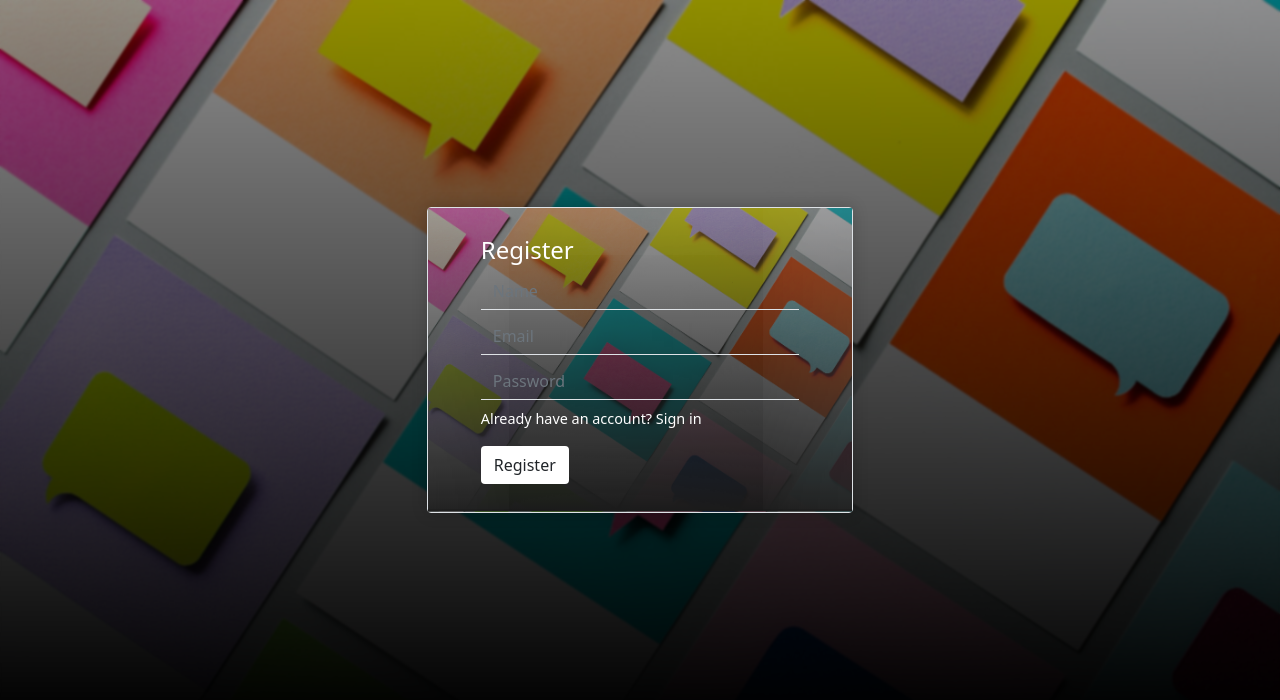
Repository: SaudCh/React-login
Page: /register
These files come from the project's save history. The page is drawn as it stood at one moment and after the next save; the edit follows.
The browser window is 1280 px wide. The pictures show the whole page.
The project was rebuilt for these pictures with package versions that can differ from the ones it lists, and the page was loaded fresh each time. Also part of the build but not shown: src/Components/Login/loginValidation.js, src/Components/Login/Login.jsx, src/Components/Shared/Header.jsx, src/Components/NotFound/NotFound.jsx.

Above is the page before, as saved 2022-02-06 15:31:44.

After the next save:
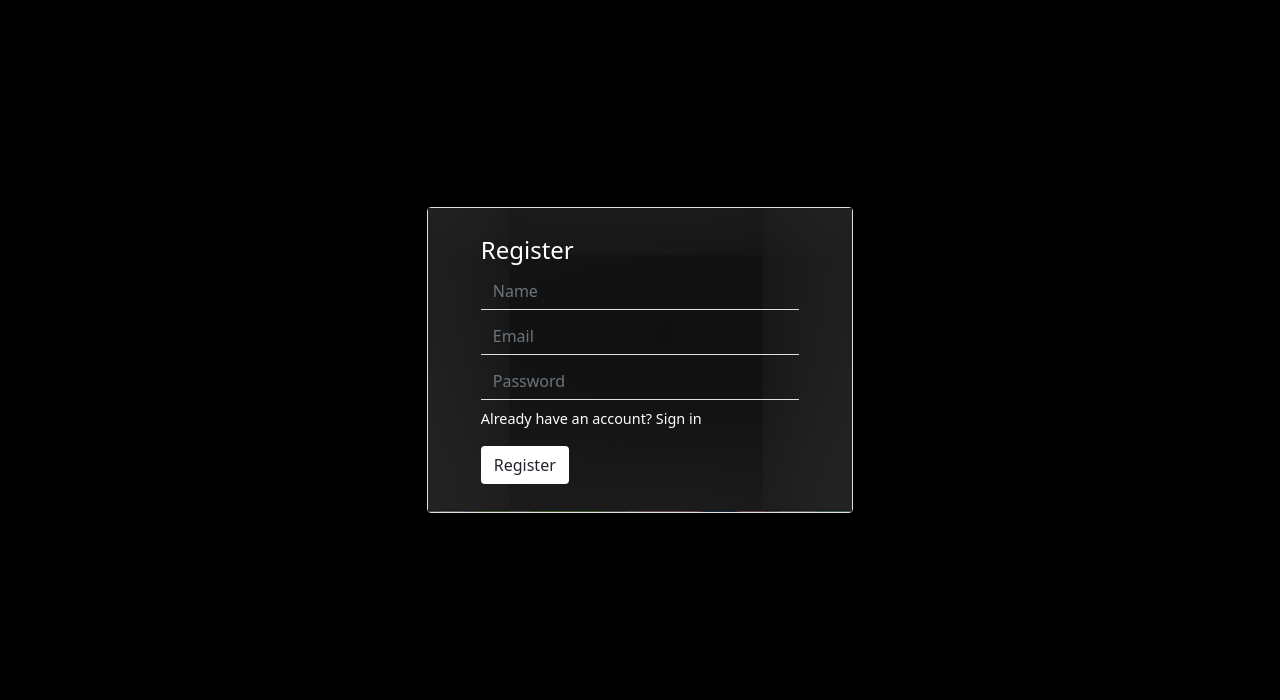
Saved 8 s later.
--- a/src/Components/Register/Register.css
+++ b/src/Components/Register/Register.css
@@ -1,5 +1,5 @@
 .background-image {
-  background-image: linear-gradient(rgba(0, 0, 0, 0.4), rgba(0, 0, 0, 1)),
+  background-image: linear-gradient(rgba(0, 0, 0, 1), rgba(0, 0, 0, 1)),
     url("../Images/back.jpg");
   background-position: center;
   background-repeat: no-repeat;
